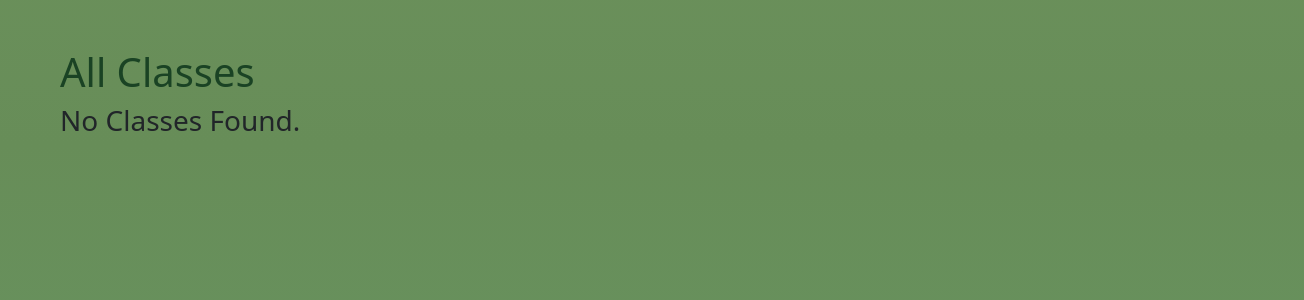
Repository: ronetteguevara/CalTech-ZumbaApp
Page: http://localhost/ZumbaApp/ViewClasses.jsp
An editor plug-in stored every save of this project. The page is shown before and after the next save, followed by the edit.
The browser window is 1280 px wide. The page is 1304 px wide, so the pictures cover 1304 px, including what lies to the right of the window. The pictures show the whole page.
The page is served by Tomcat 10. Other server files are loaded and not shown. Queries for data that is not in the repository find no rows.

Above is the page before, as saved 2024-05-03 01:46:41.

### ZumbaApp/ZumbaApp/src/main/webapp/ViewClasses.jsp
<%@ page contentType="text/html;charset=UTF-8" language="java" %>
<%@ page import="java.util.ArrayList, com.zumbaapp.servlet.db.DB, com.zumbaapp.servlet.model.Classes" %>
<html>
<head>
    <title>All Classes</title>
<link rel="stylesheet" href="css/bootstrap.css"></link>
<link rel="stylesheet" href="style.css"></link>
</head>
<body class="gradient-background">

        <div class="my-4 mx-4 d-flex justify-content-center col-xl-12 col-lg-12 col-md-12 col-sm-12 col-12">
        <div class="container-fluid mx-4 my-4">
        <h1>All Classes</h1>

        <%
            DB db = new DB();
            ArrayList<Classes> zumbaClasses = db.fetchAllClasses();
            db.closeConnection();


            if (zumbaClasses != null && zumbaClasses.size() > 0) {
                out.print("<table class='table table-hover'>");
                out.print("<thead>");
                out.print("<tr>");
                out.print("<th scope='col'>ID</th>");
                out.print("<th scope='col'>Name</th>");
                out.print("<th scope='col'>Session</th>");
                out.print("<th scope='col'>Date</th>");
                out.print("<th scope='col'>Start Time</th>");
                out.print("<th scope='col'>End Time</th>");
                out.print("<th scope='col'>Location</th>");
                out.print("<th scope='col'>Actions</th>");
                out.print("</tr>");
                out.print("</thead>");
                out.print("<tbody>");


                for (Classes classes : zumbaClasses) {
                    out.print("<tr>");
                    out.print("<td>" + classes.id + "</td>");
                    out.print("<td>" + classes.name + "</td>");
                    out.print("<td>" + classes.session + "</td>");
                    out.print("<td>" + classes.date + "</td>");
                    out.print("<td>" + classes.startTime + "</td>");
                    out.print("<td>" + classes.endTime + "</td>");
                    out.print("<td>" + classes.location + "</td>");
                    out.print("<td><a href='DeleteClasses?id=" + classes.id + "'>Delete</a> | <a href='EditClass.jsp?id=" + classes.id + "'>Edit</a></td>");
                    out.print("</tr>");
                }
                out.print("</tbody>");
                out.print("</table>");
            } else {
                out.print("<h3>No Classes Found.</h3>");
            }

            out.print("</div>");
            out.print("</div>");
        %>

</body>
</html>

### ZumbaApp/ZumbaApp/src/main/java/com/zumbaapp/servlet/db/DB.java
package com.zumbaapp.servlet.db;

import java.sql.Connection;
import java.sql.DriverManager;
import java.sql.PreparedStatement;
import java.sql.ResultSet;
import java.util.ArrayList;

import com.zumbaapp.servlet.model.Classes;
import com.zumbaapp.servlet.model.Participant;

public class DB {

		Connection connection;
		PreparedStatement preparedStatement;

		public DB() {
			try {
				Class.forName("com.mysql.cj.jdbc.Driver");
				System.out.println("[DB] Driver Loaded");

				connection = DriverManager.getConnection("jdbc:mysql://127.0.0.1:3306/zumba_management", "root", "201155876");
				System.out.println("[DB] Connection created");
			}
			catch(Exception e) {
				System.out.println("Something went wrong: " + e);
			}
		}

		public void closeConnection() {
			try {
				connection.close();
				System.out.println("[DB] Connection to DB closed");
			}
			catch(Exception e) {
				System.out.println("Something went wrong: " + e);
			}
		}

		public int addClasses(Classes classes) {
			int result = 0;

			try {
			String sql = "INSERT INTO Classes VALUES (null, ?, ?, ?, ?, ?, ?)";
			preparedStatement = connection.prepareStatement(sql);
			preparedStatement.setString(1, classes.name);
			preparedStatement.setString(2, classes.session);
			preparedStatement.setString(3, classes.date);
			preparedStatement.setString(4, classes.startTime);
			preparedStatement.setString(5, classes.endTime);
			preparedStatement.setString(6, classes.location);

			result = preparedStatement.executeUpdate();

			}
			catch(Exception e) {
				System.out.println("Something went wrong: " + e);
			}
			return result;
		}

		public int addParticipant(Participant participant) {
			int result = 0;

			try {
			String sql = "INSERT INTO Participant VALUES (null, ?, ?, ?, ?, ?)";
			preparedStatement = connection.prepareStatement(sql);
			preparedStatement.setString(1, participant.firstName);
			preparedStatement.setString(2, participant.lastName);
			preparedStatement.setString(3, participant.email);
			preparedStatement.setString(4, participant.phone);
			preparedStatement.setString(5, participant.zumbaClass);

			result = preparedStatement.executeUpdate();

			}
			catch(Exception e) {
				System.out.println("Something went wrong: " + e);
			}
			return result;
		}

		public ArrayList<Classes> fetchAllClasses() {
			ArrayList<Classes> zumbaClasses = new ArrayList<>();
			try {
				String sql = "SELECT * FROM Classes";
				preparedStatement = connection.prepareStatement(sql);

				ResultSet set = preparedStatement.executeQuery();

				while(set.next()) {
					Classes classes = new Classes();
					classes.id = set.getInt(1);
					classes.name = set.getString(2);
					classes.session = set.getString(3);
					classes.date = set.getString(4);
					classes.startTime = set.getString(5);
					classes.endTime = set.getString(6);
					classes.location = set.getString(7);

					zumbaClasses.add(classes);

				}
			}
			catch(Exception e) {
				System.out.println("Something went wrong: " + e);

			}
			return zumbaClasses;
		}

		public ArrayList<Participant> fetchAllParticipants() {
			ArrayList<Participant> zumbaParticipants = new ArrayList<>();
			try {
				String sql = "SELECT * FROM Participant";
				preparedStatement = connection.prepareStatement(sql);

				ResultSet set = preparedStatement.executeQuery();

				while(set.next()) {
					Participant participant = new Participant();
					participant.id = set.getInt(1);
					participant.firstName = set.getString(2);
					participant.lastName = set.getString(3);
					participant.email = set.getString(4);
					participant.phone = set.getString(5);
					participant.zumbaClass = set.getString(6);

					zumbaParticipants.add(participant);
				}
			}
			catch(Exception e) {
				System.out.println("Something went wrong: " + e);

			}
			return zumbaParticipants;
		}

		public int deleteClasses(int id) {
			int result = 0;
			try {
				String sql = "DELETE FROM Classes WHERE id=?";
				preparedStatement = connection.prepareStatement(sql);
				preparedStatement.setInt(1, id);

				preparedStatement.executeUpdate();

				result = preparedStatement.executeUpdate();

			}
			catch(Exception e) {
				System.out.println("Something went wrong: " + e);
			}
			return result;
	}

		public int deleteParticipant(int id) {
			int result = 0;
			try {
				String sql = "DELETE FROM Participant WHERE id=?";
				preparedStatement = connection.prepareStatement(sql);
				preparedStatement.setInt(1, id);

				preparedStatement.executeUpdate();

				result = preparedStatement.executeUpdate();

			}
			catch(Exception e) {
				System.out.println("Something went wrong: " + e);
			}
			return result;
	}

		public Classes fetchClass(int id) {

			Classes classes = new Classes();

			try {
				String sql = "SELECT * FROM Classes WHERE id=?";
				preparedStatement = connection.prepareStatement(sql);
				preparedStatement.setInt(1, id);

				ResultSet set = preparedStatement.executeQuery();

				while(set.next()) {
					classes.id = set.getInt(1);
					classes.name = set.getString(2);
					classes.session = set.getString(3);
					classes.date = set.getString(4);
					classes.startTime = set.getString(5);
					classes.endTime = set.getString(6);
					classes.location = set.getString(7);
				}
			}
			catch(Exception e) {
				System.out.println("Something went wrong: " + e);

			}
			return classes;
		}

		public Participant fetchParticipant(int id) {
			Participant participant = new Participant();
			try {
				String sql = "SELECT * FROM Participant WHERE id=?";
				preparedStatement = connection.prepareStatement(sql);
				preparedStatement.setInt(1, id);

				ResultSet set = preparedStatement.executeQuery();

				while(set.next()) {
					participant.id = set.getInt(1);
					participant.firstName = set.getString(2);
					participant.lastName = set.getString(3);
					participant.email = set.getString(4);
					participant.phone = set.getString(5);
					participant.zumbaClass = set.getString(6);
				}
			}
			catch(Exception e) {
				System.out.println("Something went wrong: " + e);

			}
			return participant;
		}

		public int saveClasses (Classes classes) {
			int result = 0;

			try {
				String sql = "UPDATE Classes SET name = ?, session = ?, date = ?, startTime = ?, endTime = ?, location = ? WHERE id=?";
				preparedStatement = connection.prepareStatement(sql);
				preparedStatement.setString(1, classes.name);
				preparedStatement.setString(2, classes.session);
				preparedStatement.setString(3, classes.date);
				preparedStatement.setString(4, classes.startTime);
				preparedStatement.setString(5, classes.endTime);
				preparedStatement.setString(6, classes.location);
				preparedStatement.setInt(7, classes.id);

				result = preparedStatement.executeUpdate();

			}
			catch(Exception e) {
				System.out.println("Something went wrong: " + e);
			}

			return result;
		}

		public int saveParticipant (Participant participant) {
			int result = 0;

			try {
				String sql = "UPDATE Participant SET firstName = ?, lastName = ?, email = ?, phone = ?, zumbaClass = ? WHERE id=?";
				preparedStatement = connection.prepareStatement(sql);
				preparedStatement.setString(1, participant.firstName);
				preparedStatement.setString(2, participant.lastName);
				preparedStatement.setString(3, participant.email);
				preparedStatement.setString(4, participant.phone);
				preparedStatement.setString(5, participant.zumbaClass);
				preparedStatement.setInt(6, participant.id);

				result = preparedStatement.executeUpdate();

			}
			catch(Exception e) {
				System.out.println("Something went wrong: " + e);
			}

			return result;
		}

}

### ZumbaApp/ZumbaApp/src/main/webapp/style.css
@charset "UTF-8";

.button {
  background-color: #458933;
  border: none;
}

.button:hover {
  background-color: #82c360;
}

a {
  color: #458933;
}

a:hover {
 color: #82c360;
}

a:visited {
  color: #1a4324;
}

h1 {
	color: #1a4324;
}

footer {
	background-color: white;
}

.gradient-background {
  background: linear-gradient(0deg, #74d3ae, #678d58, #a6c48a);
  background-size: 1000% 1000%;

  -webkit-animation: AnimationName 8s ease infinite;
  -moz-animation: AnimationName 8s ease infinite;
  animation: AnimationName 8s ease infinite;
}

@-webkit-keyframes AnimationName {
  0%{background-position:0% 35%}
  50%{background-position:100% 66%}
  100%{background-position:0% 35%}
}
@-moz-keyframes AnimationName {
  0%{background-position:0% 35%}
  50%{background-position:100% 66%}
  100%{background-position:0% 35%}
}
@keyframes AnimationName {
  0%{background-position:0% 35%}
  50%{background-position:100% 66%}
  100%{background-position:0% 35%}

}

Loaded but not shown: ZumbaApp/ZumbaApp/src/main/webapp/css/bootstrap.css (library)

After the next save:
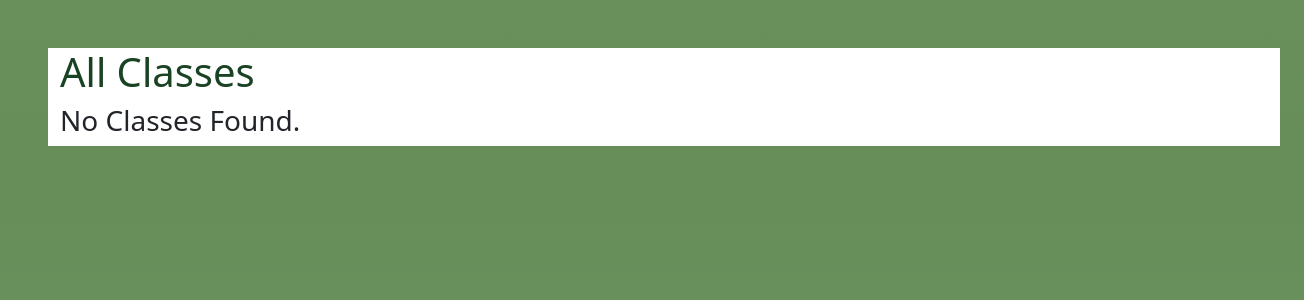
Saved 60 s later.
--- a/ZumbaApp/ZumbaApp/src/main/webapp/ViewClasses.jsp
+++ b/ZumbaApp/ZumbaApp/src/main/webapp/ViewClasses.jsp
@@ -9,7 +9,7 @@
 <body class="gradient-background">
 
         <div class="my-4 mx-4 d-flex justify-content-center col-xl-12 col-lg-12 col-md-12 col-sm-12 col-12">
-        <div class="container-fluid mx-4 my-4">
+        <div class="container-fluid mx-4 my-4" style="background-color: white;">
         <h1>All Classes</h1>
 
         <%
